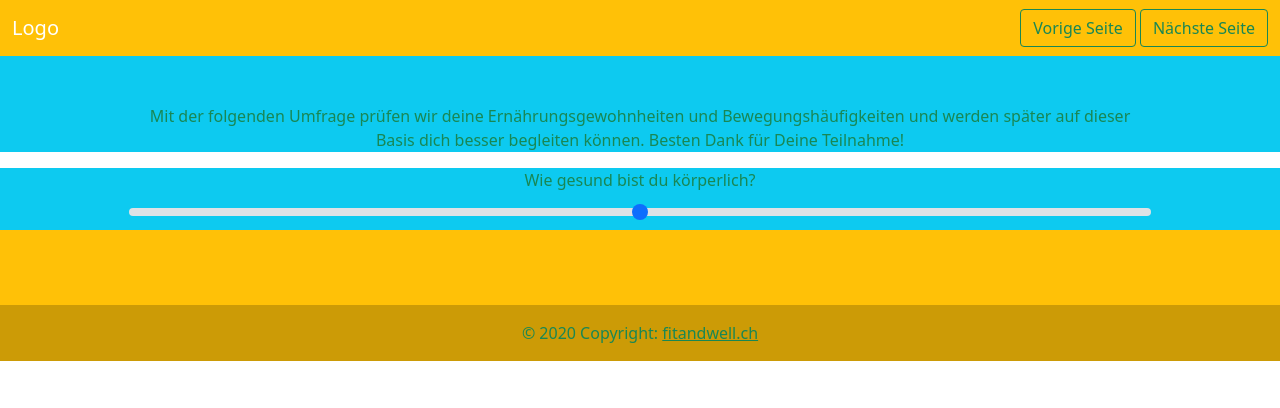
Repository: stephane71183101/Stephane-Personal-Health-Survey
Page: http://localhost/form-q01-start-page.php
These files come from the project's save history. The page is drawn as it stood at one moment and after the next save; the edit follows.
The browser window is 1280 px wide. The pictures show the whole page.
The page is run by PHP 8.4 with error messages shown; the project is at /var/www/html/.

Above is the page before, as saved 2022-03-15 16:28:07.

### form-q01-start-page.php
<!DOCTYPE html>
<html lang="en">
<head>
    <meta charset="UTF-8">
    <meta http-equiv="X-UA-Compatible" content="IE=edge">
    <meta name="viewport" content="width=device-width, initial-scale=1.0">
    <title>Document</title>
    <link href="https://cdn.jsdelivr.net/npm/bootstrap@5.1.3/dist/css/bootstrap.min.css" rel="stylesheet" integrity="sha384-1BmE4kWBq78iYhFldvKuhfTAU6auU8tT94WrHftjDbrCEXSU1oBoqyl2QvZ6jIW3" crossorigin="anonymous">
    <script src="https://cdn.jsdelivr.net/npm/bootstrap@5.1.3/dist/js/bootstrap.bundle.min.js" integrity="sha384-ka7Sk0Gln4gmtz2MlQnikT1wXgYsOg+OMhuP+IlRH9sENBO0LRn5q+8nbTov4+1p" crossorigin="anonymous"></script>
</head>

<header>
    <nav class="navbar navbar-expand-lg navbar-light bg-warning">
    <div class="container-fluid">
        <a class="navbar-brand text-white" href="#">Logo</a>
        <div class="nav justify-content-end" id="navbarNav">
            <form class="d-flexme-2">
                <button class="btn btn-outline-success" type="submit">Vorige Seite</button>
                <button class="btn btn-outline-success" type="submit">Nächste Seite</button>
            </form>
        </div>
    </div>
    </nav>
</header>

<body>
    <div class="container-fluid pt-5 text-center text-success bg-info">
        <div  class="container col-10">
        <p>Mit der folgenden Umfrage prüfen wir deine Ernährungsgewohnheiten und Bewegungshäufigkeiten und werden später auf dieser Basis dich besser begleiten können. Besten Dank für Deine Teilnahme!</p>
        </div>
    </div>

    <div class="container-fluid text-center text-success bg-info">
        <div  class="container col-10">
        <form>
        <label for="customRange1" class="form-label">Wie gesund bist du körperlich?</label>
        <input type="range" class="form-range" id="customRange1">
        </form>
        </div>
    </div>

<footer>
    <div class="text-center text-white bg-warning">
    <!-- Grid container -->
    <div class="container pt-4">
        <!-- Section: Social media -->
        <section class="mb-4">
        <!-- Facebook -->
        <a
            class="btn btn-link btn-floating btn-lg text-dark m-1"
            href="#"
            role="button"
            data-mdb-ripple-color="dark"
            ><i class="fab fa-facebook-f"></i
        ></a>

        <!-- Twitter -->
        <a
            class="btn btn-link btn-floating btn-lg text-dark m-1"
            href="#!"
            role="button"
            data-mdb-ripple-color="dark"
            ><i class="fab fa-twitter"></i
        ></a>

        <!-- Google -->
        <a
            class="btn btn-link btn-floating btn-lg text-dark m-1"
            href="#!"
            role="button"
            data-mdb-ripple-color="dark"
            ><i class="fab fa-google"></i
        ></a>

        <!-- Instagram -->
        <a
            class="btn btn-link btn-floating btn-lg text-dark m-1"
            href="#!"
            role="button"
            data-mdb-ripple-color="dark"
            ><i class="fab fa-instagram"></i
        ></a>

        <!-- Linkedin -->
        <a
            class="btn btn-link btn-floating btn-lg text-dark m-1"
            href="#!"
            role="button"
            data-mdb-ripple-color="dark"
            ><i class="fab fa-linkedin"></i
        ></a>
        <!-- Github -->
        <a
            class="btn btn-link btn-floating btn-lg text-dark m-1"
            href="#!"
            role="button"
            data-mdb-ripple-color="dark"
            ><i class="fab fa-github"></i
        ></a>
        </section>
        <!-- Section: Social media -->
    </div>
    <!-- Grid container -->

    <!-- Copyright -->
    <div class="text-center text-success p-3" style="background-color: rgba(0, 0, 0, 0.2);">
        © 2020 Copyright:
        <a class="text-success" href="#">fitandwell.ch</a>
    </div>
    <!-- Copyright -->
    </div>
</footer>
</body>

</html>

After the next save:
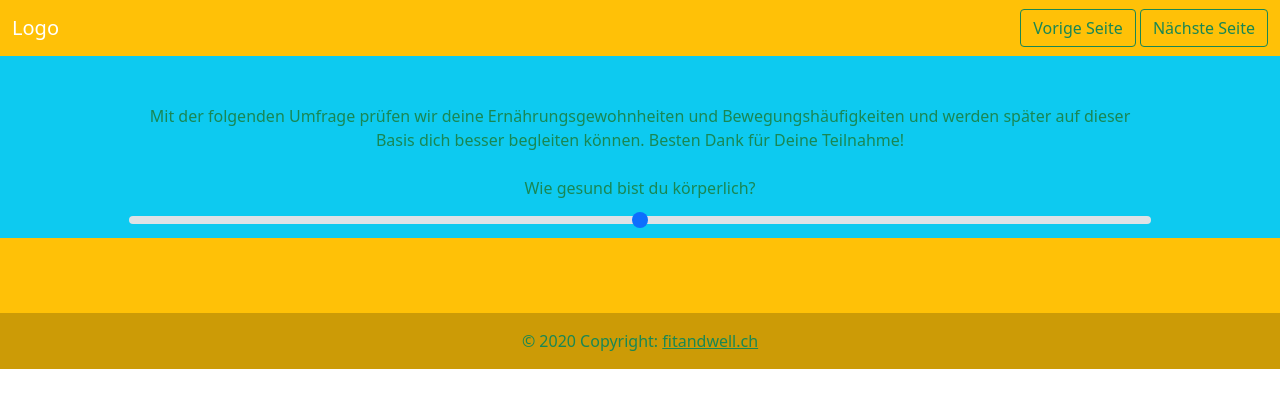
Saved 17 s later.
--- a/form-q01-start-page.php
+++ b/form-q01-start-page.php
@@ -24,7 +24,7 @@
 </header>
 
 <body>
-    <div class="container-fluid pt-5 text-center text-success bg-info">
+    <div class="container-fluid pt-5 pb-2 text-center text-success bg-info">
         <div  class="container col-10">
         <p>Mit der folgenden Umfrage prüfen wir deine Ernährungsgewohnheiten und Bewegungshäufigkeiten und werden später auf dieser Basis dich besser begleiten können. Besten Dank für Deine Teilnahme!</p>
         </div>
